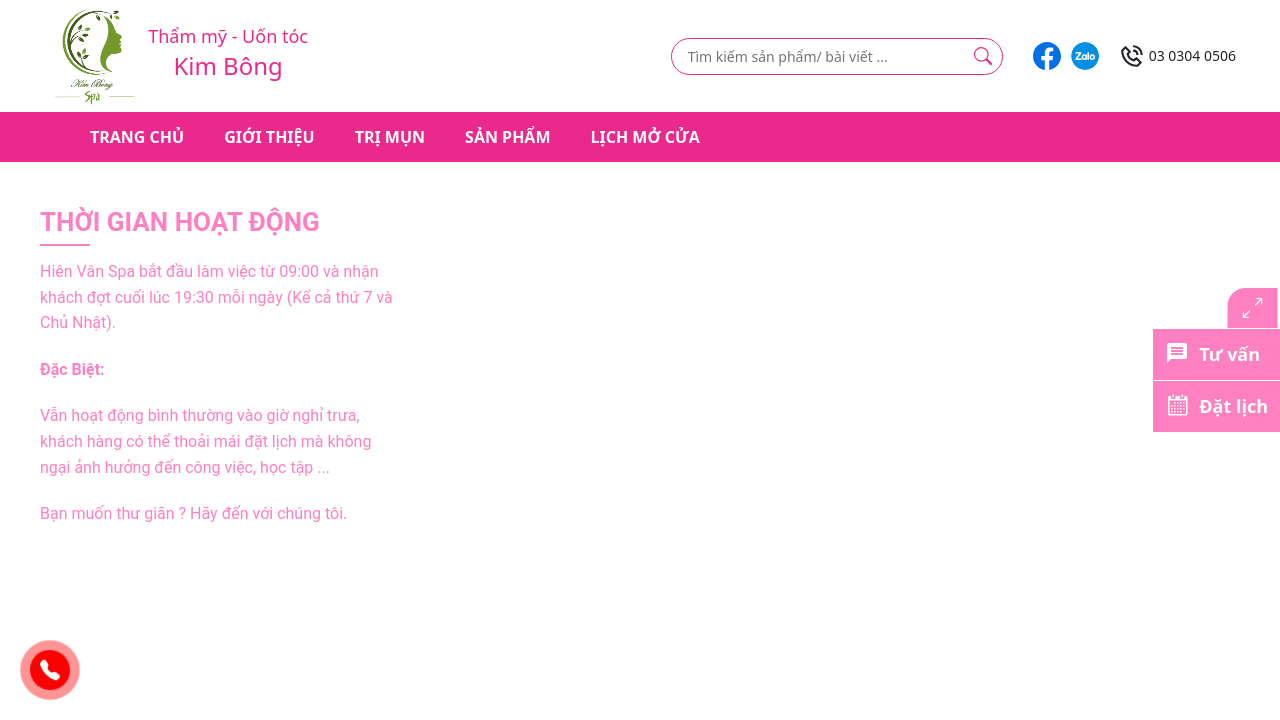
Repository: tranduykhuong/SpaKimBong
Page: /calendar
These files come from the project's save history. The page is drawn as it stood at one moment and after the next save; the edit follows.
The browser window is 1280 px wide. The pictures show the whole page.
The project was rebuilt for these pictures with package versions that can differ from the ones it lists, and the page was loaded fresh each time. Also part of the build but not shown: src/components/Banner/banner.scss, src/components/Banner/Banner.js, src/pages/Home/home.scss, src/pages/Home/ListImage/listImage.scss, src/pages/Home/ListImage/ListImage.js, src/components/Footer/footer.scss, src/components/Footer/Footer.js, src/pages/Home/BookOnline/bookOnl.scss and 26 more.

Above is the page before, as saved 2022-06-06 23:21:20.

### src/App.js
import "./App.scss";
import Header from "./components/Header/Header";
import Home from "./pages/Home/Home";
import "bootstrap/dist/css/bootstrap.min.css";
import { Route, Routes } from "react-router-dom";
import About from "./pages/About/About";
import Products from "./pages/Product/Products";
import ProductDetail from "./pages/Product/ProductDetail/ProductDetail";
import AcneTreatment from "./pages/AcneTreatment/AcneTreatment";
import ContactToolbox from "./components/ContactToolbox/ContactToolbox";
import BackToTop from "./components/BackToTop/BackToTop";
import PhoneTool from "./components/PhoneTool/PhoneTool";
import Calendar from "./pages/Calendar/Calendar";

function App() {
  return (
    <div className="App">
      <Header />
      <ContactToolbox />
      <BackToTop />
      <PhoneTool />
      <Routes>
        <Route path="/" element={<Home />} />
        <Route path="/about" element={<About />} />
        <Route path="/products" element={<Products />} />
        <Route path="/acne" element={<AcneTreatment />} />
        <Route path="/calendar" element={<Calendar />} />

        <Route path="/products/1" element={<ProductDetail />} />
      </Routes>
    </div>
  );
}

export default App;

### src/components/Header/Header.js
import React, { useEffect, useState } from "react";
import "./header.scss";
import { BsSearch, BsFacebook } from "react-icons/bs";
import { BiPhoneCall } from "react-icons/bi";
import { Link, useLocation } from "react-router-dom";

function Header() {
  const path = useLocation().pathname;
  const [fixedNavbar, setFixedNavbar] = useState(false);

  useEffect(() => {
    const handleScroll = () => {
      if (window.scrollY < 1) {
        setFixedNavbar(true);
      }

      if (window.scrollY > 170) setFixedNavbar(true);
      else setFixedNavbar(false);
    };

    window.addEventListener("scroll", handleScroll);

    return () => {
      window.removeEventListener("scroll", handleScroll);
    };
  }, []);

  useEffect(() => {
    window.scrollTo(0, 0);
  }, [path]);

  return (
    <div className="header">
      <div className={"infor " + (fixedNavbar ? "mg-navbar" : "")}>
        <div className="logo">
          <img src="../../img/logoSpa.png" alt="" />
          <div className="nameSpa">
            <h4>Thẩm mỹ - Uốn tóc</h4>
            <h2>Kim Bông</h2>
          </div>
        </div>

        <div className="search">
          <input type="text" placeholder="Tìm kiếm sản phẩm/ bài viết ..." />
          <a className="icon">
            <BsSearch className="iconSearch" />
          </a>
        </div>

        <div className="contact">
          <a href="/" className="icon">
            <BsFacebook className="iconFacebook" />
          </a>
          <a href="/" className="icon">
            <img src="../../img/Zalo.png" alt="" className="iconZalo" />
          </a>

          <div className="phone">
            <BiPhoneCall className="iconPhone" />
            <h3>03 0304 0506</h3>
          </div>
        </div>
      </div>
      <div className={"myNavbar " + (fixedNavbar ? "fixedNavbar" : "")}>
        <div className="navbarContent">
          <ul className="navbarList">
            <li className={path === "/" ? "active" : ""}>
              <Link to="/">TRANG CHỦ</Link>
            </li>
            <li className={path === "/about" ? "active" : ""}>
              <Link to="/about">GIỚI THIỆU</Link>
            </li>
            {/* <li className={path === "/skin" ? "active" : ""}>
              <Link to="/">CHĂM SÓC DA</Link>
            </li> */}
            <li className={path === "/acne" ? "active" : ""}>
              <Link to="/acne">TRỊ MỤN</Link>
            </li>
            <li className={path === "/products" ? "active" : ""}>
              <Link to="/products">SẢN PHẨM</Link>
            </li>
            <li className={path === "/open-time" ? "active" : ""}>
              <Link to="/calendar">LỊCH MỞ CỬA</Link>
            </li>
          </ul>
        </div>
      </div>
    </div>
  );
}

export default Header;

### src/components/ContactToolbox/ContactToolbox.js
import React, { useState } from "react";
import "./contactToolbox.scss";
import { MdMessage } from "react-icons/md";
import { GoCalendar } from "react-icons/go";
import { BsArrowsAngleExpand } from "react-icons/bs";

const ContactToolbox = () => {
  const [hidden, setHidden] = useState(false);

  return (
    <div className="contactFixed">
      <div className="toolboxScroll" onClick={() => setHidden((prev) => !prev)}>
        <BsArrowsAngleExpand className="iconArrow" />
      </div>
      <div className={"toolboxList " + (hidden ? "hidden" : "open")}>
        <div className="advise toolboxItem">
          <MdMessage className="iconMessage" />
          <p>Tư vấn</p>
        </div>
        <div className="book toolboxItem">
          <GoCalendar className="iconCalendar" />
          <p>Đặt lịch</p>
        </div>
      </div>
    </div>
  );
};

export default ContactToolbox;

### src/components/BackToTop/BackToTop.js
import React, { useEffect, useState } from "react";
import "./backToTop.scss";
import { FaRegArrowAltCircleUp } from "react-icons/fa";

const BackToTop = () => {
  const [clicked, setClick] = useState(true);
  const [hiddenArrow, setHiddenArrow] = useState(true);

  useEffect(() => {
    const handleScroll = () => {
      if (window.scrollY > 550) setHiddenArrow(false);
      else setHiddenArrow(true);
    };
    window.addEventListener("scroll", handleScroll);
    return () => {
      window.removeEventListener("scroll", handleScroll);
    };
  }, []);

  useEffect(() => {
    window.scrollTo(0, 0);
  }, [clicked]);

  return (
    <div
      className={"backToTop " + (hiddenArrow ? "" : "show")}
      onClick={() => setClick((prev) => !prev)}
    >
      <FaRegArrowAltCircleUp className="icon" />
    </div>
  );
};

export default BackToTop;

### src/components/PhoneTool/PhoneTool.js
import React from "react";
import "./phoneTool.scss";
import { BsFillTelephoneFill } from "react-icons/bs";

const PhoneTool = () => {
  return (
    <div className="phoneTool">
      <div className="phone">
        <BsFillTelephoneFill className="iconPhone" />
      </div>
      <div className="circle"></div>
    </div>
  );
};

export default PhoneTool;

### src/pages/Calendar/Calendar.js
import React from "react";
import "./calendar.scss";

const Calendar = () => {
  return (
    <div>
      <div className="container-calendar">
        <div className="container-bg-calendar">
          <div className="calendar">
            <div className="calendar-content">
              <h3>THỜI GIAN HOẠT ĐỘNG</h3>
              <p>
                Hiên Vân Spa bắt đầu làm việc từ 09:00 và nhận khách đợt cuối
                lúc 19:30 mỗi ngày (Kể cả thứ 7 và Chủ Nhật).
              </p>
              <p><strong>Đặc Biệt:</strong></p>
              <p>
                Vẫn hoạt động bình thường vào giờ nghỉ trưa, khách hàng có thể
                thoải mái đặt lịch mà không ngại ảnh hưởng đến công việc, học
                tập ...
              </p>
              <p>Bạn muốn thư giãn ? Hãy đến với chúng tôi.</p>
            </div>

            <div className="calendar-boxs"></div>
          </div>
        </div>
      </div>
    </div>
  );
};

export default Calendar;

### src/components/Header/header.scss
@import '../../SCSS/base/variables.scss';
$height-navbar: 5rem;

.header {
    .mg-navbar {
        margin-bottom: $height-navbar;
    }

    .infor {
        max-width: 1200px;
        padding: .6rem 0;
        display: flex;
        justify-content: space-between;
        margin: 0 auto;

        .logo {
            display: flex;
            flex: 1;

            img {
                height: 10rem;
            }

            .nameSpa {
                color: $main-color;
                margin: auto 0;

                h4 {
                    font-size: 1.8rem;
                    font-weight: 500;
                }

                h2 {
                    font-size: 2.4rem;
                }
            }
        }


        .search {
            margin: auto 0;
            border-radius: 50px;
            border: solid .1rem $main-color;
            height: 37px;
            display: flex;

            input {
                font-size: 1.4rem;
                margin: auto 16px;
                min-width: 26rem;
                border: none;
                outline: none;
            }

            .icon {
                margin: auto 10px;
                cursor: pointer;
            }

            .iconSearch {
                width: 1.8rem;
                height: 1.8rem;
                color: $main-color;

                &:hover {
                    color: #f867b2;
                }
            }
        }

        .contact {
            display: flex;
            margin-left: 20px;

            .icon {
                margin: auto 0;
                margin-left: 10px;

            }

            .iconFacebook {
                width: 2.8rem;
                height: 2.8rem;
                color: rgba($color: #0570e6, $alpha: 1.0);
            }

            .iconZalo {
                width: 2.8rem;
                height: 2.8rem;
                border-radius: 50%;
            }

            .phone {
                margin: auto 0;
                margin-left: 20px;
                display: flex;

                .iconPhone {
                    width: 2.6rem;
                    height: 2.6rem;
                }

                h3 {
                    font-size: 1.4rem;
                    font-weight: 500;
                    margin: auto 4px;
                }
            }

        }
    }

    .fixedNavbar {
        position: fixed;
        top: 0;
        left: 0;
        z-index: 50;
        width: 100%;
        animation: fixedNavbar 1s forwards;
    }

    @keyframes fixedNavbar {
        from {
            top: -5rem;
            opacity: 0;
        }

        to {
            top: 0;
            opacity: 1;
        }
    }

    .myNavbar {
        height: $height-navbar;
        background-color: $main-color;

        .navbarContent {
            max-width: 1200px;
            margin: 0 auto;

            .navbarList {
                display: flex;
                margin: 0 1rem;
                // justify-content: space-evenly;

                li {
                    list-style: none;

                    a {
                        line-height: $height-navbar;
                        height: $height-navbar;
                        display: block;
                        color: #fff;
                        font-size: 1.6rem;
                        font-weight: 600;
                        text-decoration: none;
                        padding: 0 2rem;
                    }

                    &:hover {
                        background-color: #f844a1;
                        cursor: pointer;
                    }
                }

                .active {
                    background-color: #dd0876;
                }
            }
        }
    }
}

### src/components/ContactToolbox/contactToolbox.scss
.contactFixed {
    position: fixed;
    top: 50%;
    transform: translateY(-50%);
    right: 0;
    z-index: 100;
    cursor: pointer;

    .toolboxScroll {
        border-top-left-radius: 1.8rem;
        background-color: rgba($color: #fc2c97, $alpha: 0.6);
        width: 5rem;
        padding: 1rem;
        color: #fff;
        transform: translateX(149%);
        border-bottom: 1px solid #fff;

        .iconArrow {
            width: 2rem;
            height: 2rem;
        }
    }

    .toolboxList {
        background-color: rgba($color: #fc2c97, $alpha: 0.6);


        .toolboxItem {
            display: flex;
            padding: 1.2rem;
            color: #fff;

            p {
                font-size: 1.8rem;
                margin: 0;
                padding-left: 1rem;
                font-weight: 600;
            }
        }

        .advise {
            border-bottom: 1px solid #fff;

            .iconMessage {
                width: 2.4rem;
                height: 2.4rem;
            }
        }

        .book {

            .iconCalendar {
                width: 2.4rem;
                height: 2.4rem;
            }
        }
    }

    .hidden {
        animation: toRight 0.8s linear forwards;
    }

    .open {
        animation: toLeft 0.8s linear backwards;
    }

    @keyframes toRight {
        to {
            transform: translateX(62%);
        }
    }

    @keyframes toLeft {
        from {
            transform: translateX(62%);

        }

        to {
            transform: translateX(0);
        }
    }
}

### src/components/BackToTop/backToTop.scss
.backToTop {
    position: fixed;
    bottom: 2rem;
    right: 2rem;
    z-index: 100;
    display: none;

    .icon {
        width: 4rem;
        height: 4rem;
        color: #fa72b8;
        cursor: pointer;
    }
}

.show {
    animation: FadeIn 0.8s forwards;
    display: block;

    @keyframes FadeIn {
        from {
            bottom: 0;
        }

        to {
            bottom: 2rem;
        }
    }
}

### src/components/PhoneTool/phoneTool.scss
.phoneTool {
    position: fixed;
    width: 6rem;
    height: 6rem;
    left: 1rem;
    border-radius: 50%;
    bottom: 3rem;
    z-index: 100;
    cursor: pointer;

    .phone {
        position: absolute;
        z-index: 5;
        top: 34%;
        left: 34%;
        background-color: red;
        padding: 1rem;
        border-radius: 50%;
        animation: phoneSkin 1s infinite ease-in-out;

        .iconPhone {
            height: 2rem;
            width: 2rem;
            color: #fff;

        }

        @keyframes phoneSkin {
            0% {
                transform: rotate(0) scale(1) skew(1deg);
            }

            10% {
                transform: rotate(-25deg) scale(1) skew(1deg);
            }

            20% {
                transform: rotate(25deg) scale(1) skew(1deg);
            }

            30% {
                transform: rotate(-25deg) scale(1) skew(1deg);
            }

            40% {
                transform: rotate(25deg) scale(1) skew(1deg);
            }

            50% {
                transform: rotate(0) scale(1) skew(1deg);
            }

            100% {
                transform: rotate(0) scale(1) skew(1deg);
            }
        }
    }

    .circle {
        position: absolute;
        width: 6rem;
        height: 6rem;
        border-radius: 50%;
        top: 16%;
        left: 16%;
        background-color: rgba($color: rgb(255, 42, 42), $alpha: 0.5);
        animation: zoom 1s infinite;

        @keyframes zoom {
            0% {
                transform: scale(0.9);
            }

            70% {
                transform: scale(1);
                box-shadow: 0 0 0 15px transparent;
            }

            100% {
                transform: scale(0.9);
                box-shadow: 0 0 0 0 transparent;
            }
        }
    }
}

### src/pages/Calendar/calendar.scss
.container-calendar {
  .container-bg-calendar {
    .calendar {
      display: flex;
      width: 100%;
      text-align: left;
      padding: 4rem;
      font-family: "Roboto", sans-serif;

      .calendar-content {
        width: 30%;

        h3 {
          margin: 0 0 13px;
          color: #fd80c1;
          font-size: 26px;
          font-weight: bold;
          line-height: 1.6;
        }

        h3:after {
          content: "";
          display: block;
          width: 5rem;
          height: 0.25rem;
          background: #fd80c1;
        }

        strong {
          color: #fd80c1;
          font-size: 16px;
          line-height: 1.6;
          margin-bottom: 0;
        }

        p {
          margin: 0 0 21px;
          color: #fd80c1;
          font-size: 16px;
          line-height: 1.6;
        }
      }

      .calendar-boxs {
        width: 70%;
      }
    }
  }
}

### src/SCSS/base/variables.scss
$main-color: #eb288c;
$text-color: #444;
$title-color: #fff;

Loaded but not shown: public/index.html (common file); src/index.js (common file); src/index.css (common file); src/reportWebVitals.js (common file); src/App.scss (common file)

After the next save:
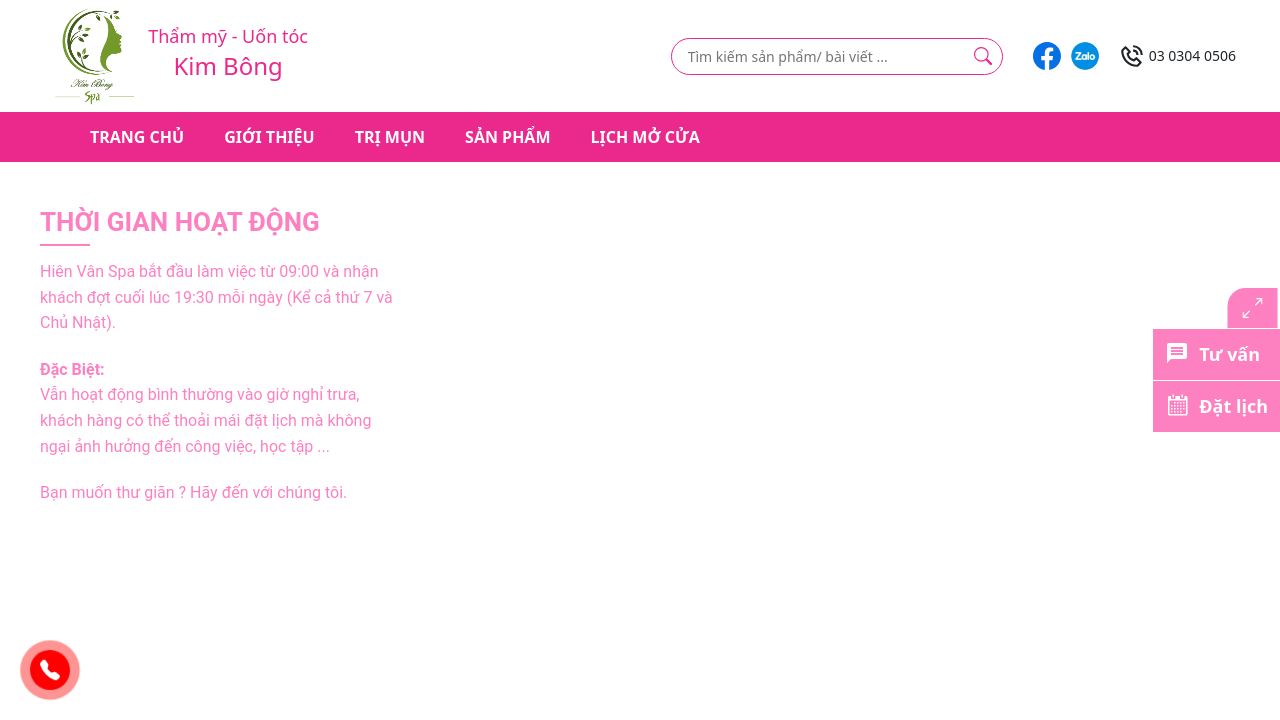
Saved 65 s later.
--- a/src/pages/Calendar/Calendar.js
+++ b/src/pages/Calendar/Calendar.js
@@ -13,7 +13,7 @@ const Calendar = () => {
                 Hiên Vân Spa bắt đầu làm việc từ 09:00 và nhận khách đợt cuối
                 lúc 19:30 mỗi ngày (Kể cả thứ 7 và Chủ Nhật).
               </p>
-              <p><strong>Đặc Biệt:</strong></p>
+              <strong id="special">Đặc Biệt:</strong>
               <p>
                 Vẫn hoạt động bình thường vào giờ nghỉ trưa, khách hàng có thể
                 thoải mái đặt lịch mà không ngại ảnh hưởng đến công việc, học
